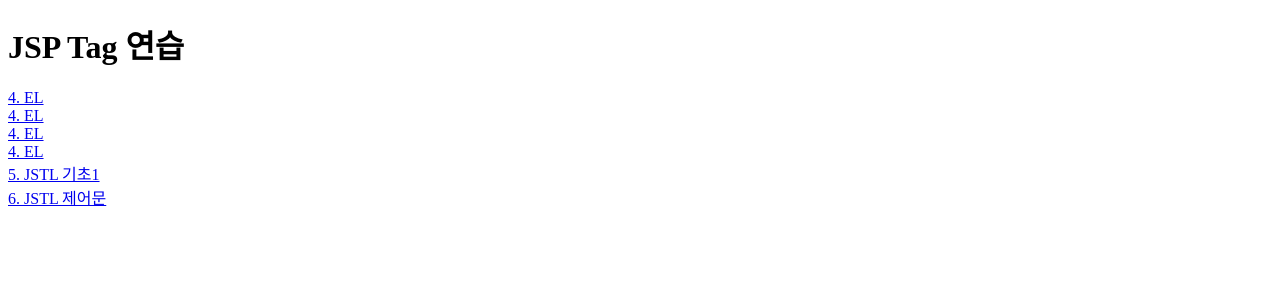
Repository: emthrology/servertest
Page: apache/jspTag/WebContent/index.html
These files come from the project's save history. The page is drawn as it stood at one moment and after the next save; the edit follows.
The browser window is 1280 px wide. The pictures show the whole page.

Above is the page before, as saved 2019-05-19 06:33:13.

After the next save:
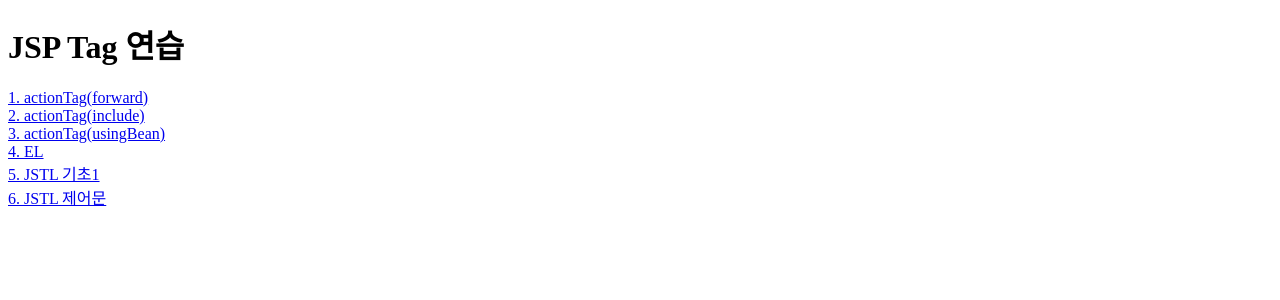
Saved 2 min 37 s later.
--- a/apache/jspTag/WebContent/index.html
+++ b/apache/jspTag/WebContent/index.html
@@ -6,9 +6,9 @@
 </head>
 <body>
 	<h1>JSP Tag 연습</h1>
-	<a href="/jspTag/">4. EL</a><br>
-	<a href="/jspTag/">4. EL</a><br>
-	<a href="/jspTag/">4. EL</a><br>
+	<a href="/jspTag/actionTag.jsp_forward.jsp">1. actionTag(forward)</a><br>
+	<a href="/jspTag/actionTag.jsp_include.jsp">2. actionTag(include)</a><br>
+	<a href="/jspTag/actionTag.jsp_useBean.jsp">3. actionTag(usingBean)</a><br>
 	<a href="/jspTag/">4. EL</a><br>
 	<a href="/jspTag/JSTL/jsp_JSTL_Basic1.jsp">5. JSTL 기초1</a><br>
 	<a href="/jspTag/JSTL/jsp_JSTL.jsp">6. JSTL 제어문</a>
